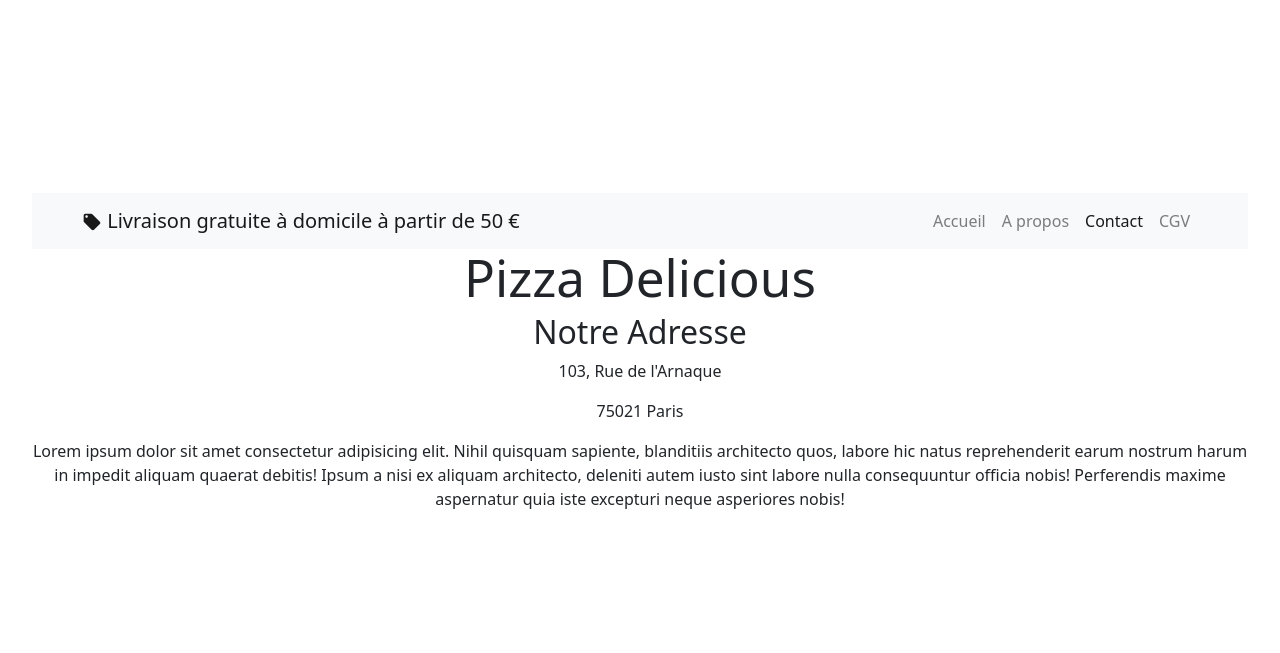
Repository: IchibanDZ/afpadev
Page: /contact (app in Desktop/dev/Pizza/)
An editor plug-in stored every save of this project. The page is shown before and after a run of saves, followed by the edit.
The browser window is 1280 px wide. The pictures show the whole page.
The project was rebuilt for these pictures with package versions that can differ from the ones it lists, and the page was loaded fresh each time. Also part of the build but not shown: Desktop/dev/Pizza/vite.config.js, Desktop/dev/Pizza/src/components/header/header.css, Desktop/dev/Pizza/src/components/home/home.css, Desktop/dev/Pizza/src/components/about/About.css, Desktop/dev/Pizza/app_pizzeria/pizza-data.js, Desktop/dev/Pizza/src/components/about/About.jsx, Desktop/dev/Pizza/src/components/home/Home.jsx, Desktop/dev/Pizza/src/components/Apropos/Apropos.jsx and 1 more.

Above is the page before, as saved 2024-08-22 09:51:40.

### Desktop/dev/Pizza/index.html
<!doctype html>
<html lang="en">
  <head>
    <meta charset="UTF-8" />
    <link rel="stylesheet" href="https://cdn.jsdelivr.net/npm/bootstrap@4.6.2/dist/css/bootstrap.min.css" integrity="sha384-xOolHFLEh07PJGoPkLv1IbcEPTNtaed2xpHsD9ESMhqIYd0nLMwNLD69Npy4HI+N" crossorigin="anonymous">

    <meta name="viewport" content="width=device-width, initial-scale=1.0" />
    <title>Vite + React</title>
  </head>
  <body>
    <div id="root"></div>
    <script type="module" src="/src/main.jsx"></script>
  </body>
</html>

### Desktop/dev/Pizza/src/App.jsx
import { useState } from 'react'
import 'bootstrap/dist/css/bootstrap.min.css';
import './App.css'
import Header from './components/header/Header'
import Home from './components/home/Home'
import About from './components/about/About'
import Contact from './components/contact/Contact'
import Apropos from './components/Apropos/Apropos'
import Cgv from './components/Cgv/Cgv'
import { BrowserRouter, Route, Routes } from 'react-router-dom';



function App() {
  const [count, setCount] = useState(0)

  return (
    <BrowserRouter>
      <Header />
    <Routes>
      <Route path="/" element={<Home />} />
      <Route path="/about" element={<About />} />
      <Route path="/contact" element={<Contact />} />
      <Route path="/apropos" element={<Apropos />} />
      <Route path="/header" element={<Header />} />
      <Route path="/cgv" element={<Cgv />} />
    </Routes>
  </BrowserRouter>
  )
}

export default App

### Desktop/dev/Pizza/src/components/header/Header.jsx
import React from 'react';
import "./header.css";
import Container from 'react-bootstrap/Container';
import Nav from 'react-bootstrap/Nav';
import Navbar from 'react-bootstrap/Navbar';
import { LinkContainer } from 'react-router-bootstrap';
import { MdLocalOffer } from "react-icons/md";

const Header = () => {
    return (
        <div>
             <Navbar expand="lg" className="bg-body-tertiary">
      <Container>
        <Navbar.Brand href="#home"><MdLocalOffer /> Livraison gratuite à domicile à partir de 50 €</Navbar.Brand>
        <Navbar.Toggle aria-controls="basic-navbar-nav" />
        <Navbar.Collapse id="basic-navbar-nav">
          <Nav className="ms-auto">
            <LinkContainer to="/">
            <Nav.Link>Accueil</Nav.Link>
            </LinkContainer>
            <LinkContainer to="/apropos">
            <Nav.Link>A propos</Nav.Link>
            </LinkContainer>
            <LinkContainer to="/contact">
            <Nav.Link>Contact</Nav.Link>
            </LinkContainer>
            <LinkContainer to="/cgv">
            <Nav.Link>CGV</Nav.Link>
            </LinkContainer>

          </Nav>
        </Navbar.Collapse>
      </Container>
    </Navbar>
        </div>
    )
}

export default Header;

### Desktop/dev/Pizza/src/components/contact/Contact.jsx
import React from 'react'
import Table from 'react-bootstrap/Table';

const Contact = () => {
  return (
    <div>
    <h1>Pizza Delicious</h1>
    <h2>Notre Adresse</h2>
    <p>103, Rue de l'Arnaque</p>
    <p>75021 Paris</p>
    <p>Lorem ipsum dolor sit amet consectetur adipisicing elit. Nihil quisquam sapiente, blanditiis architecto quos, labore hic natus reprehenderit earum nostrum harum in impedit aliquam quaerat debitis! Ipsum a nisi ex aliquam architecto, deleniti autem iusto sint labore nulla consequuntur officia nobis! Perferendis maxime aspernatur quia iste excepturi neque asperiores nobis!</p>

    </div>
  )
}

export default Contact

Loaded but not shown: Desktop/dev/Pizza/src/main.jsx (common file); Desktop/dev/Pizza/src/index.css (common file); Desktop/dev/Pizza/src/App.css (common file)

After the next 4 saves:
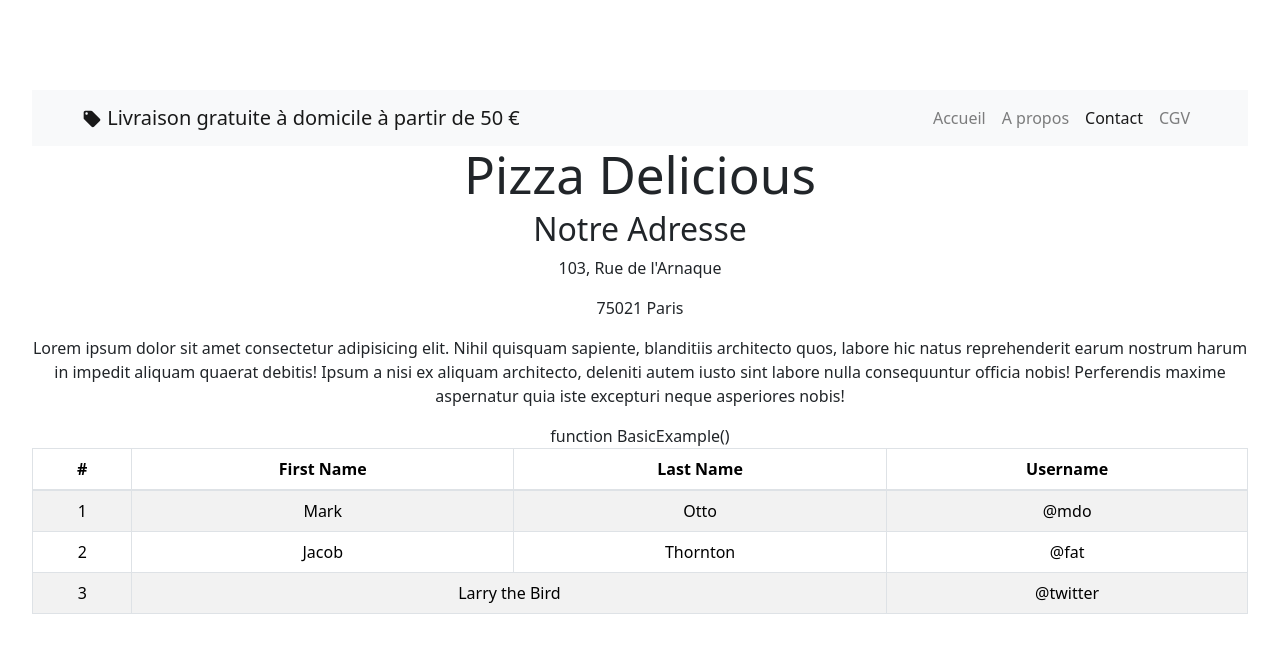
The 4 saves are shown as one change because 2 did not build or start and some came seconds apart.
The last was saved 7 min 37 s later.
--- a/Desktop/dev/Pizza/src/components/contact/Contact.jsx
+++ b/Desktop/dev/Pizza/src/components/contact/Contact.jsx
@@ -9,6 +9,38 @@ const Contact = () => {
     <p>103, Rue de l'Arnaque</p>
     <p>75021 Paris</p>
     <p>Lorem ipsum dolor sit amet consectetur adipisicing elit. Nihil quisquam sapiente, blanditiis architecto quos, labore hic natus reprehenderit earum nostrum harum in impedit aliquam quaerat debitis! Ipsum a nisi ex aliquam architecto, deleniti autem iusto sint labore nulla consequuntur officia nobis! Perferendis maxime aspernatur quia iste excepturi neque asperiores nobis!</p>
+    function BasicExample()
+
+    <Table striped bordered hover>
+      <thead>
+        <tr>
+          <th>#</th>
+          <th>First Name</th>
+          <th>Last Name</th>
+          <th>Username</th>
+        </tr>
+      </thead>
+      <tbody>
+        <tr>
+          <td>1</td>
+          <td>Mark</td>
+          <td>Otto</td>
+          <td>@mdo</td>
+        </tr>
+        <tr>
+          <td>2</td>
+          <td>Jacob</td>
+          <td>Thornton</td>
+          <td>@fat</td>
+        </tr>
+        <tr>
+          <td>3</td>
+          <td colSpan={2}>Larry the Bird</td>
+          <td>@twitter</td>
+        </tr>
+      </tbody>
+    </Table>
+
 
     </div>
   )
